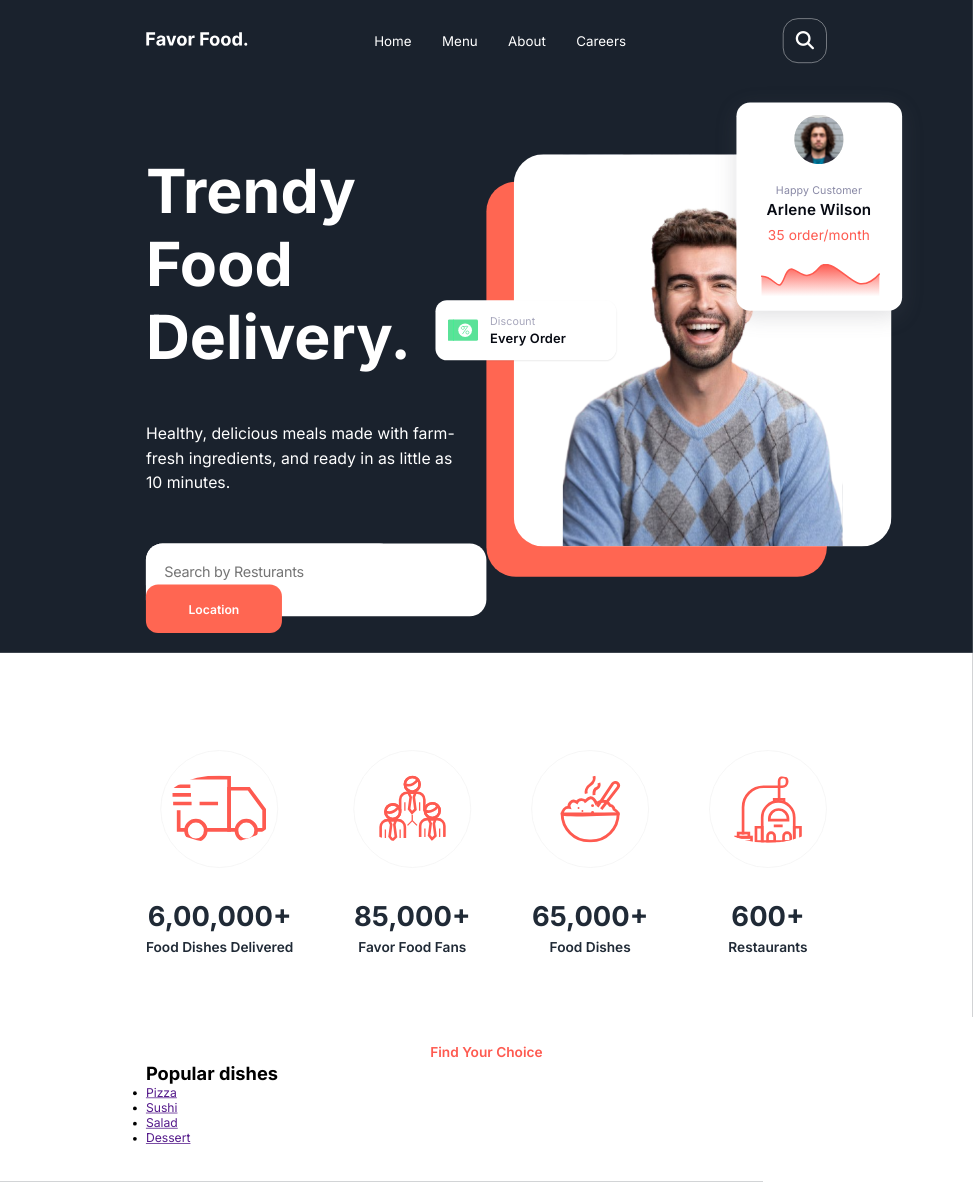
Repository: badhon252/favor-food
Page: index.html
An editor plug-in stored every save of this project. The page is shown before and after the next save, followed by the edit.
The browser window is 1280 px wide. The pictures show the whole page, at 76% of full size.
The style sheet was rebuilt from its Sass, Less or Tailwind sources for each picture, by a compiler version that may differ from the author's.

Above is the page before, as saved 2022-09-12 17:59:38.

### index.html
<!DOCTYPE html>
<html lang="en">

<head>
    <meta charset="UTF-8">
    <meta http-equiv="X-UA-Compatible" content="IE=edge">
    <meta name="viewport" content="width=device-width, initial-scale=1.0">
    <!-- fontawesome cdn link  -->
    <link rel="stylesheet" href="https://cdnjs.cloudflare.com/ajax/libs/font-awesome/6.2.0/css/all.min.css">
    <!-- custom css  -->
    <link rel="stylesheet" href="scss/style.css">

    <title>Favor-Food</title>
</head>

<body>
    <header class="">
        <div class="container">

            <nav>
                <div class="navbar-brand">
                    <img src="./images/logo.svg" alt="">
                </div>
                <ul class="nav">
                    <li><a href="">Home</a></li>
                    <li><a href="">Menu</a></li>
                    <li><a href="">About</a></li>
                    <li><a href="">Careers</a></li>
                </ul>

                <div class="search-icon">
                    <i class="fa-solid fa-magnifying-glass"></i>
                </div>
            </nav>

            <div class="header-content my-2">
                <div class="row">


                    <div class="col-md-6">
                        <h1>Trendy Food <br> Delivery.</h1>
                        <p class="my-5">Healthy, delicious meals made with farm- <br> fresh ingredients, and ready in as
                            little as <br>
                            10 minutes.
                        </p>
                        <form action="">
                            <input type="text" id="location" placeholder="Search by Resturants">
                            <label for="location">Location</label>
                        </form>
                    </div>
                    <div class="col-md-6">
                        <div class="card my-3">

                            <img src="./images/image 624.svg" class="header-main-img" alt="">

                            <div class="discount-card">
                                <img src="./images/Group 4347.svg" alt="">
                                <div class="discount">
                                    <h4>Discount</h4>
                                    <h2>Every Order</h2>
                                </div>
                            </div>
                            <div class="profile-card">
                                <img src="./images/Group 2738.svg" alt="">
                                <h4>Happy Customer</h4>
                                <h3>Arlene Wilson</h3>
                                <h2>35 order/month</h2>
                                <img src="./images/Group 2811.svg" alt="">
                            </div>
                        </div>
                    </div>
                </div>
            </div>
        </div>
    </header>

    <div class="second-section">
        <div class="row container">
            <div class="col-md-3">
                <img src="./images/Group 4321.svg" alt="" class="my-2 py-2">
                <h2>6,00,000+</h2>
                <h3>Food Dishes Delivered</h3>
            </div>
            <div class="col-md-3">
                <img src="./images/Group 4328.svg" alt="" class="my-2 py-2">
                <h2>85,000+</h2>
                <h3>Favor Food Fans</h3>
            </div>
            <div class="col-md-3">
                <img src="./images/Group 4323.svg" alt="" class="my-2 py-2">
                <h2>65,000+</h2>
                <h3>Food Dishes</h3>
            </div>
            <div class="col-md-3">
                <img src="./images/Group 4324.svg" alt="" class="my-2 py-2">
                <h2>600+</h2>
                <h3>Restaurants</h3>
            </div>
        </div>
    </div>

    <section class="third-section container">
        <h3>Find Your Choice</h3>
        <h2>Popular dishes</h2>
        <nav>
            <ul>
                <li><a href="">Pizza</a></li>
                <li><a href="">Sushi</a></li>
                <li><a href="">Salad</a></li>
                <li><a href="">Dessert</a></li>
            </ul>
        </nav>
    </section>
</body>

</html>

### scss/style.scss
@import url("https://fonts.googleapis.com/css2?family=Inter:wght@400;600;700;800;900&display=swap");
* {
  margin: 0%;
  padding: 0;
  box-sizing: border-box;
  font-family: "Inter", sans-serif;
}

.container {
  margin: 0 12rem;
}
.row {
  display: flex;
  align-items: center;
  justify-content: space-between;
  max-width: 100%;
  .col-md-6 {
    max-width: 50%;
  }
}
h1 {
  font-weight: 700;
  font-size: 5rem;
  line-height: 96px;
}
.my-2 {
  margin: 2rem 0;
}
.my-3 {
  margin: 3rem 0;
}
.my-4 {
  margin: 4rem 0;
}
.my-5 {
  margin: 5rem 0;
}
.my-5 {
  margin: 5rem 0;
}
.my-6 {
  margin: 6rem 0;
}
.btn {
  outline: none;
  border: none;
  padding: 15px 30px;
}
.py-1 {
  padding: 1rem 0;
}
.py-2 {
  padding: 2rem 0;
}
.py-3 {
  padding: 3rem 0;
}
.py-4 {
  padding: 4rem 0;
}
//==========
//=========
// =======
header {
  background-color: #1a222d;
  color: #fff;
  nav {
    display: flex;
    justify-content: space-between;
    align-items: center;
    padding: 1.5rem 0;
    ul {
      display: flex;
      li {
        list-style-type: none;
        a {
          text-decoration: none;
          color: #fff;
          margin-right: 2.5rem;
          font-size: 1.1rem;
          font-weight: 500;
        }
      }
    }

    .search-icon {
      color: #fff;
      border: 1px solid rgba(255, 255, 255, 0.521);
      border-radius: 50%;
      padding: 1rem;
      border-radius: 20px;
      cursor: pointer;
      &:hover {
        opacity: 1;
      }
      i {
        font-size: 1.5rem;
      }
    }
  }

  .header-content {
    min-height: 80vh;
    padding: 3rem 0;
    h1 {
      margin: 1rem 0;
    }
    p {
      font-size: 1.3rem;
      font-weight: 500;
      margin: 4rem 0;
      line-height: 32px;
    }
    form {
      display: inline-block;
      border-radius: 22px;
      background: #ffffff;
      input {
        padding: 1.5rem;
        font-size: 19px;
        line-height: 28px;
        letter-spacing: -0.02em;
        outline: none;
        border: none;
        color: #b1b1b1;
        border-radius: 22px;
      }
      label {
        background: #ff6652;
        border-radius: 16px;
        padding: 1.4rem 3.5rem;
        margin-right: 0.6rem;
        cursor: pointer;
        font-weight: 600;
      }
    }

    .card {
      background: #ff6652;
      border-radius: 39px;
      // padding: 0 4rem;
      position: relative;
      .header-main-img {
        background-color: #fff;
        padding: 0 4rem;
        border-radius: 39px;
        position: relative;
        margin-left: 8%;
        margin-bottom: 8%;
        margin-top: -8%;
        transition: 0.4s;
        &:hover {
          margin-top: 0%;
          margin-left: 0%;
          margin-bottom: 0%;
        }

        // padding-left: 3rem;
        // &:hover {
        //   margin: -2rem -2rem auto auto;
        // }
      }

      .discount-card {
        position: absolute;
        top: 30%;
        left: -15%;
        background-color: #fff;
        color: #000;
        padding: 1rem;
        display: flex;
        border-radius: 15px;
        width: 238px;
        box-shadow: rgba(0, 0, 0, 0.1) 0px 1px 2px 0px;

        img {
          margin-right: 1rem;
        }
        h4 {
          font-weight: 400;
          font-size: 14px;
          line-height: 21px;
          letter-spacing: 0.01em;
          color: #a6a6bb;
        }
        h2 {
          font-weight: 600;
          font-size: 17px;
          line-height: 26px;
          letter-spacing: 0.01em;
          color: #070a13;
        }
      }
      .profile-card {
        position: absolute;
        top: -20%;
        right: -22%;
        width: 218px;
        height: 274px;
        background-color: #fff;
        border-radius: 18px;
        color: #000;
        padding: 0 2rem;
        text-align: center;
        box-shadow: rgba(100, 100, 111, 0.2) 0px 7px 29px 0px;
        img {
          margin: 1rem 0;
        }
        h4 {
          font-weight: 500;
          font-size: 14px;
          line-height: 16px;
          text-align: center;
          letter-spacing: 0.01em;
          color: #8888a5;
          margin: 0.4rem 0;
        }
        h3 {
          font-weight: 600;
          font-size: 20px;
          line-height: 23px;
          letter-spacing: 0.01em;
          color: #070a13;
        }
        h2 {
          font-weight: 500;
          font-size: 18px;
          line-height: 21px;
          letter-spacing: 0.01em;
          color: #fe5a50;
          margin: 0.7rem 0;
        }
      }
    }
  }
}

.second-section {
  padding: 4rem 0;
  text-align: center;
  img {
    border-radius: 50%;
    width: 155px;
    height: 155px;

    background: #ffffff;
    border: 1px solid #f3f3f3;
    &:hover {
      box-shadow: rgba(0, 0, 0, 0.1) 0px 20px 25px -5px,
        rgba(0, 0, 0, 0.04) 0px 10px 10px -5px;
    }
  }
  h2 {
    font-weight: 700;
    font-size: 36px;
    line-height: 54px;
    text-align: center;
    color: #202a36;
  }
  h3 {
    font-weight: 600;
    font-size: 18px;
    line-height: 27px;
    text-align: center;
    color: #202a36;
  }
}

.third-section {
  padding: 3rem 0;
  h3 {
    font-weight: 600;
    font-size: 18px;
    line-height: 27px;
    /* identical to box height */

    text-align: center;

    color: #fe5a50;
  }
}

After the next save:
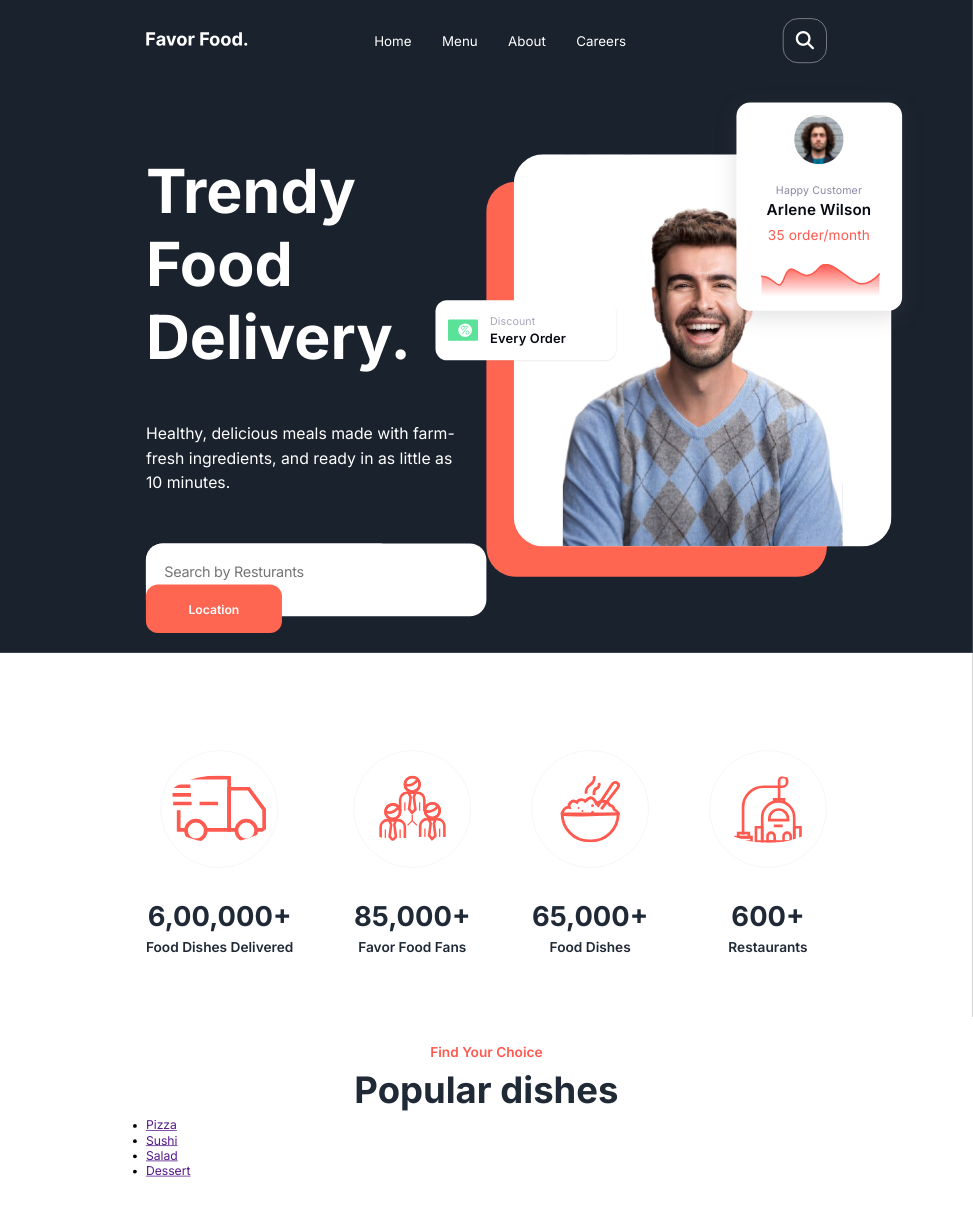
Saved 30 s later.
--- a/scss/style.scss
+++ b/scss/style.scss
@@ -272,10 +272,17 @@ header {
     font-weight: 600;
     font-size: 18px;
     line-height: 27px;
+    text-align: center;
+    color: #fe5a50;
+  }
+  h2 {
+    font-weight: 700;
+    font-size: 48px;
+    line-height: 72px;
     /* identical to box height */
 
     text-align: center;
 
-    color: #fe5a50;
-  }
-}
+    color: #202a36;
+  }
+}
